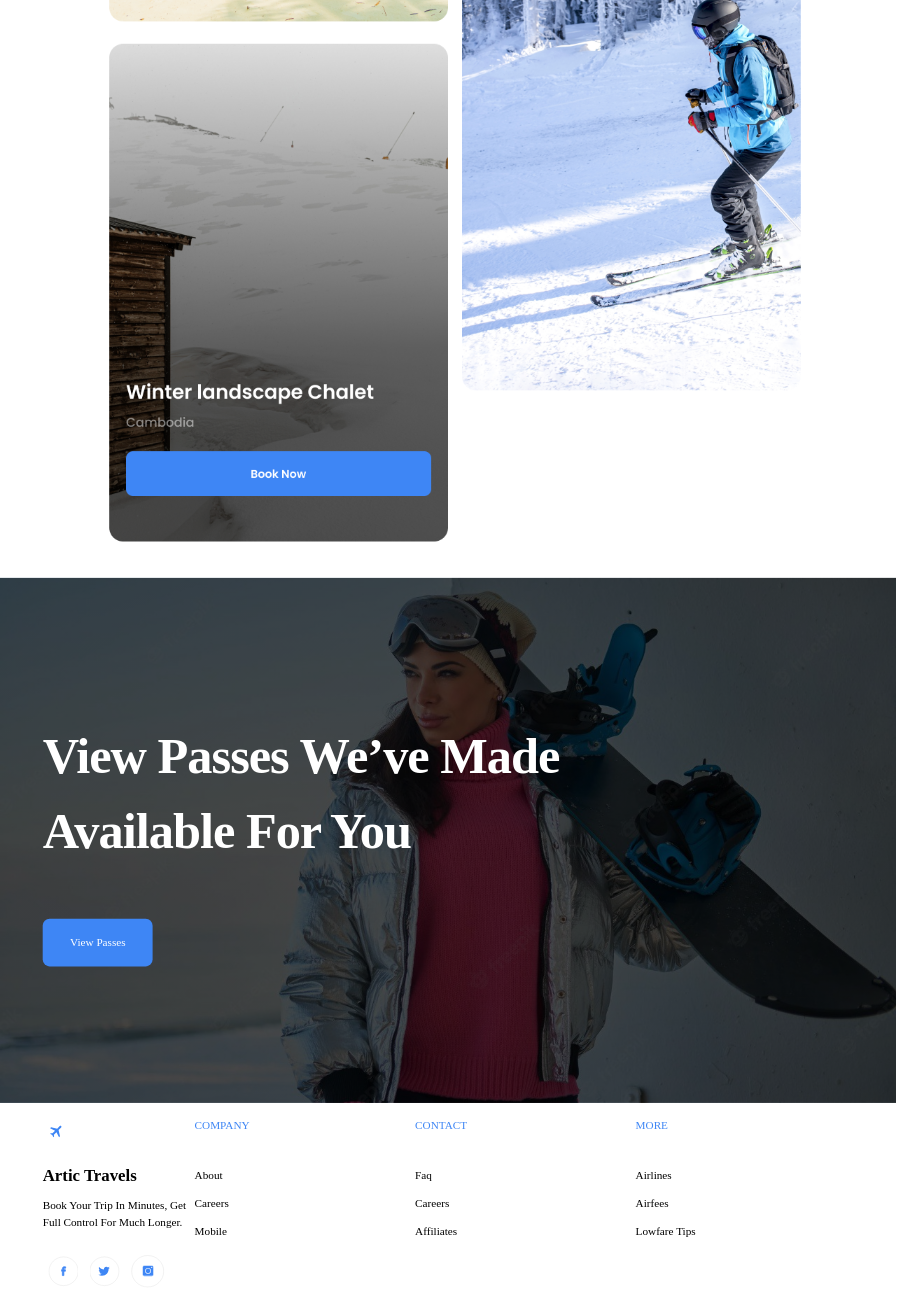
Repository: swissjake/arctic-travel-agency
Page: /
These files come from the project's save history. The page is drawn as it stood at one moment and after a run of saves; the edit follows.
The browser window is 1280 px wide. The page is 1300 px wide, so the pictures cover 1300 px, including what lies to the right of the window. The pictures show the part of the page from y = 3701 to 5581 px (the page is 5581 px tall), at 70% of full size.
The project was rebuilt for these pictures with package versions that can differ from the ones it lists, and the page was loaded fresh each time. Also part of the build but not shown: src/App.css.

Above is the page before, as saved 2022-05-04 13:03:36.

After the next 3 saves:
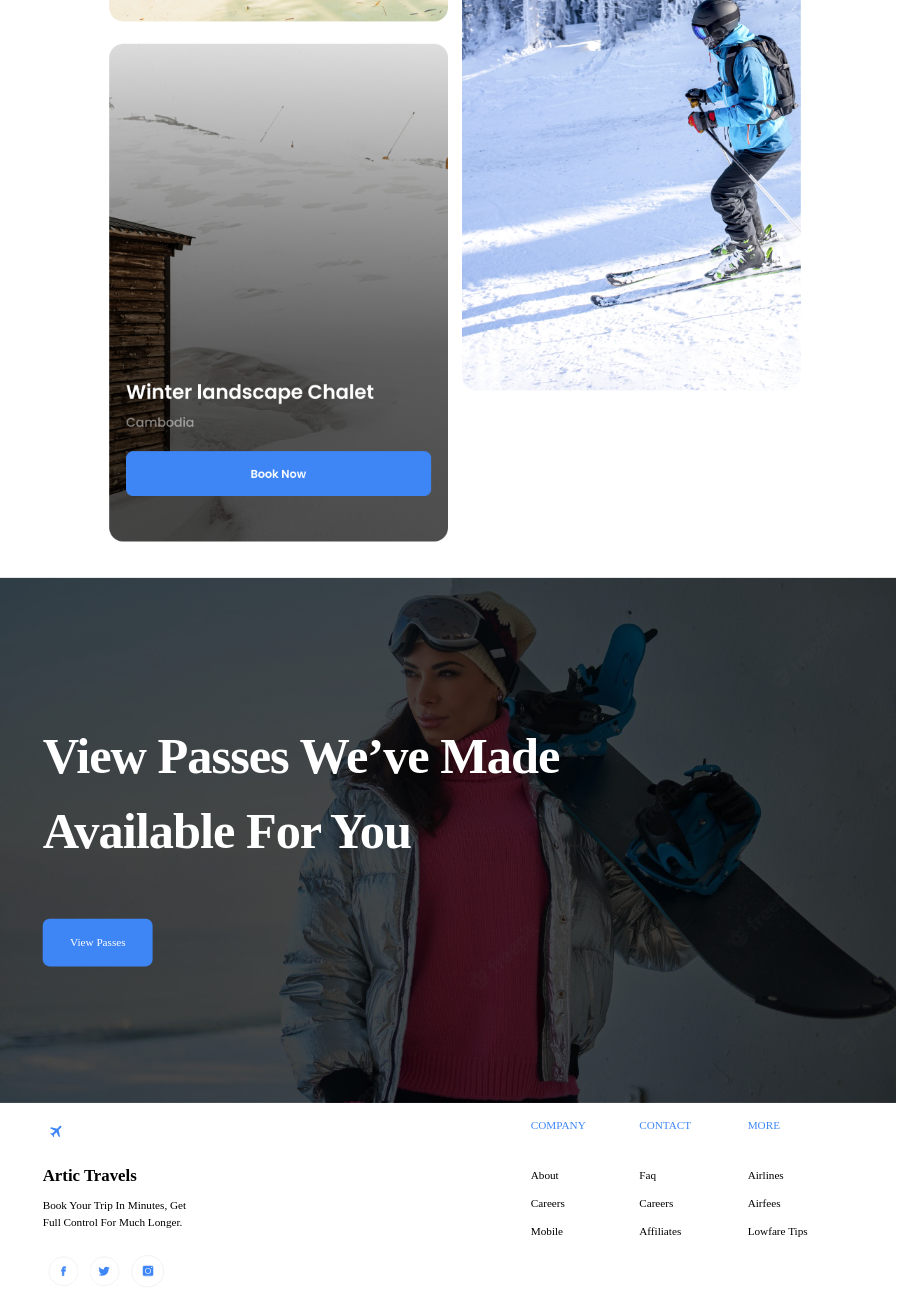
The 3 saves are shown as one change because they came seconds apart.
The last was saved 16 s later.
--- a/src/components/Footer/Footer.tsx
+++ b/src/components/Footer/Footer.tsx
@@ -20,7 +20,7 @@ const Footer = () => {
          <div className="container p-[20px] md:pl-[61px] md:pr-[57px]">
             <div className="md:flex justify-between">
 
-<div className="mb-5 flex-2">
+<div className="mb-5 w-[60%]">
   <img src={aeroplane} className="mb-[27px]" alt="aeroplane" />
   <p className="capitalize text-2xl font-bold">artic travels</p>
   <p className="capitalize mt-[16px] mb-[34px] w-[217px]">Book your trip in minutes, get full
